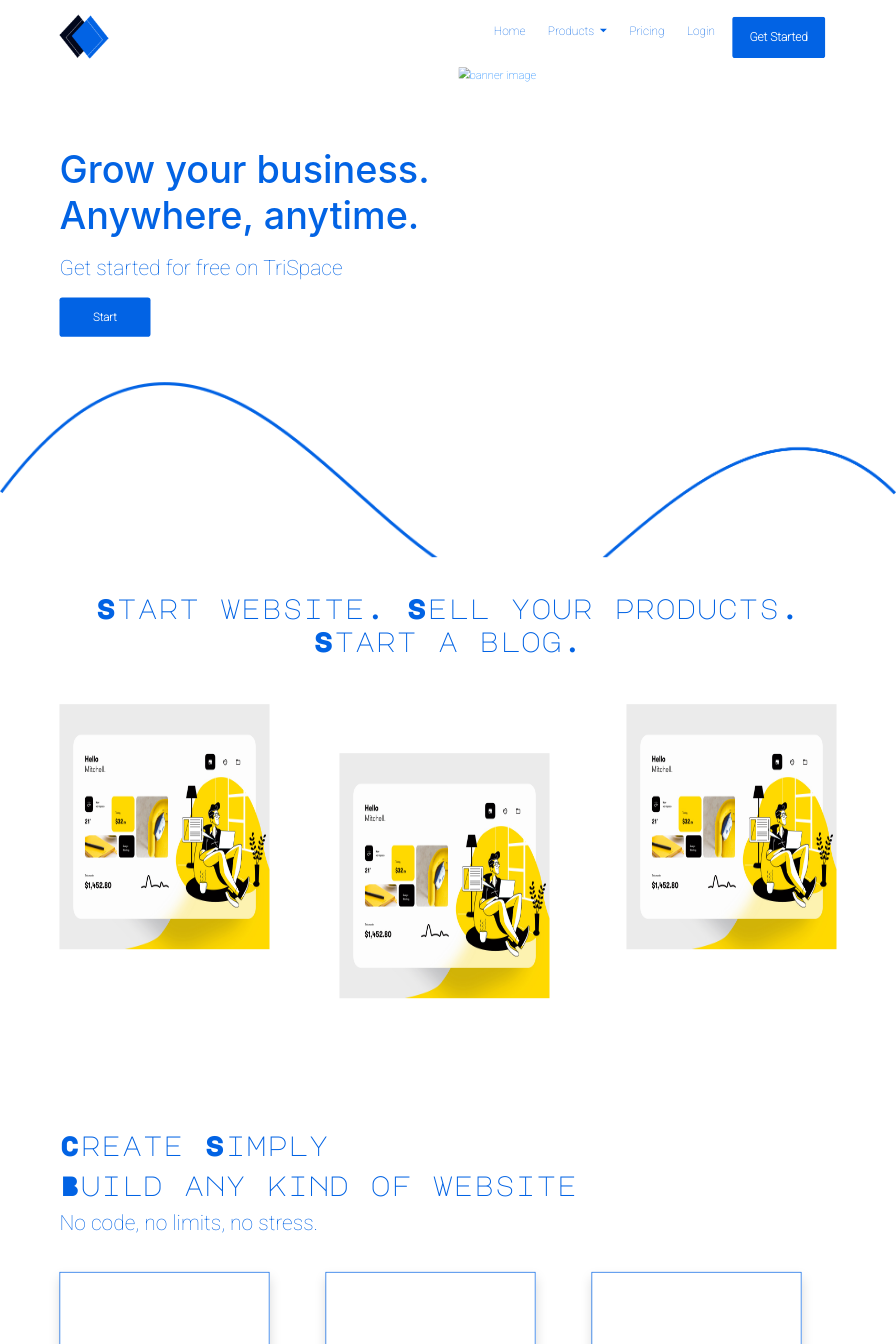
Repository: latenightsnacc/TriSpace
Page: HTML/index.html
An editor plug-in stored every save of this project. The page is shown before and after the next save, followed by the edit.
The browser window is 1280 px wide. The pictures show the part of the page from y = 0 to 1920 px (the page is 5158 px tall), at 70% of full size.
The style sheet was rebuilt from its Sass, Less or Tailwind sources for each picture, by a compiler version that may differ from the author's.

Above is the page before, as saved 2020-11-12 11:13:32.

After the next save:
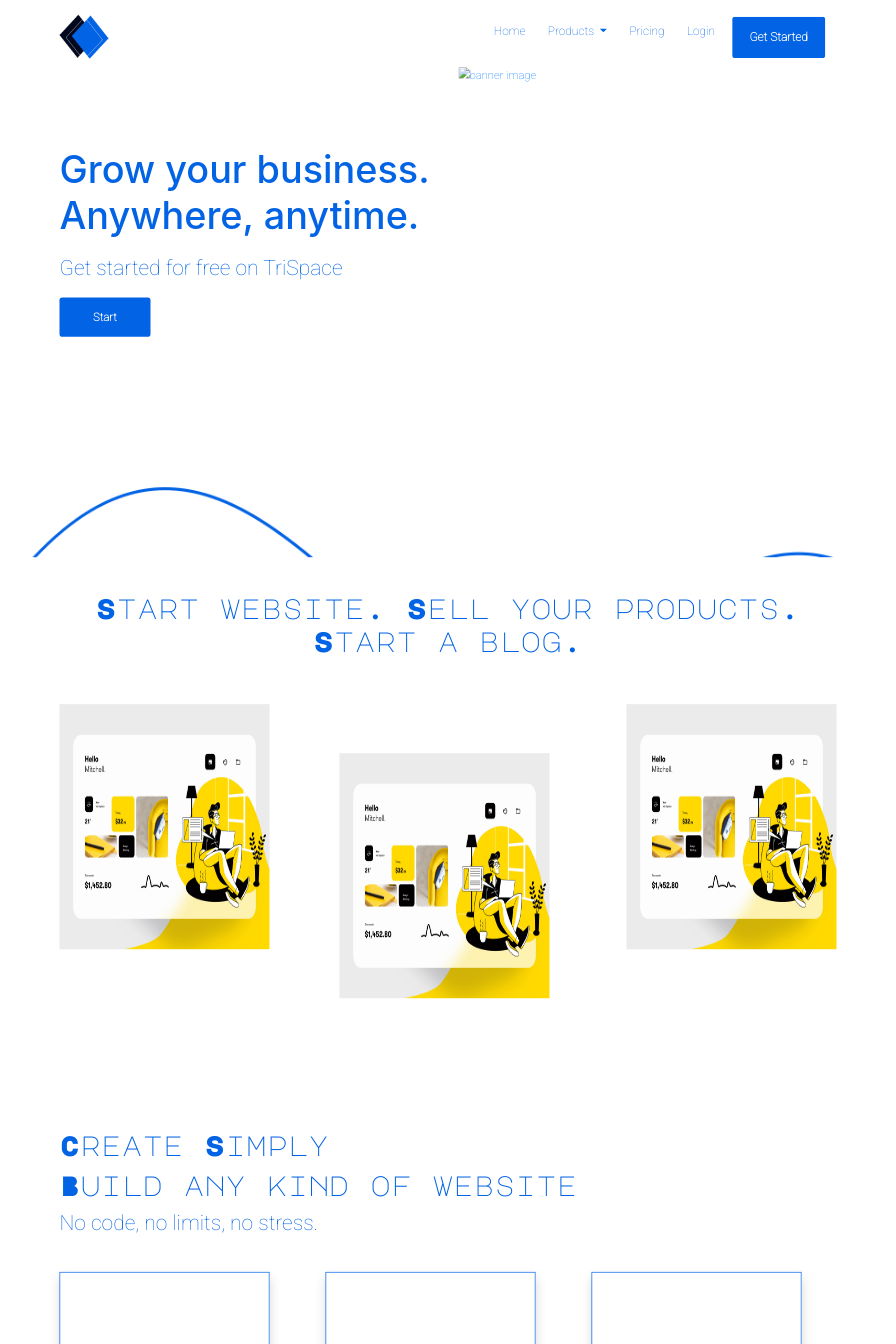
Saved 50 s later.
--- a/HTML/styles/stylesheet.scss
+++ b/HTML/styles/stylesheet.scss
@@ -175,7 +175,7 @@ section.wave {
         bottom: 0;
         left: 0;
         width: 100%;
-        height: 250px;
+        height: 100px;
         background: url('/HTML/assets/line.png') ;
         background-size: cover;
     }
